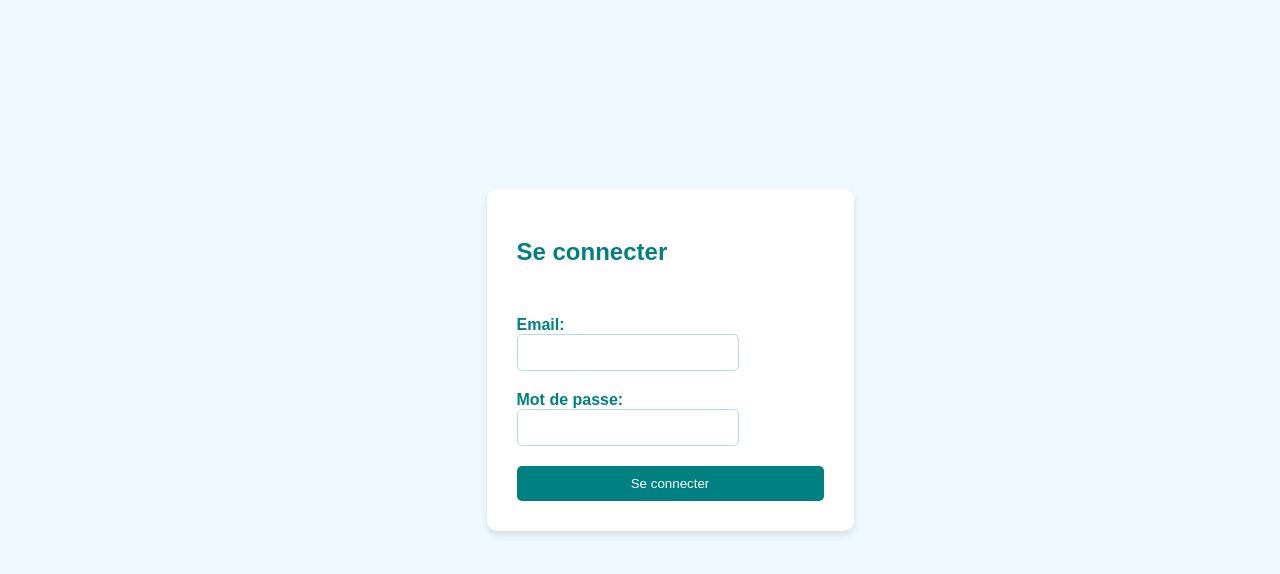
Repository: marwaouahouah1/OdysseyOfMemories
Page: / (app in frontend/)
The author's editor kept a copy of each file at every save. The page is drawn from the files as they stood at one save, then again after the next save.
The browser window is 1280 px wide. The pictures show the whole page.
The page's requests for data from a server got no answer. The project was rebuilt for these pictures with package versions that can differ from the ones it lists, and the page was loaded fresh each time. No one was signed in, and anything a server would have sent is missing. Also part of the build but not shown: frontend/src/User/SignUp/SignUpUser.js, frontend/src/User/Profile/Profile.js.

Above is the page before, as saved 2023-04-02 10:23:59.

### frontend/public/index.html
<!DOCTYPE html>
<html lang="en">
  <head>
    <meta charset="utf-8" />
    <link rel="icon" href="%PUBLIC_URL%/favicon.ico" />
    <meta name="viewport" content="width=device-width, initial-scale=1" />
    <meta name="theme-color" content="#000000" />
    <meta
      name="description"
      content="Web site created using create-react-app"
    />
    <link rel="apple-touch-icon" href="%PUBLIC_URL%/logo192.png" />
    <!--
      manifest.json provides metadata used when your web app is installed on a
      user's mobile device or desktop. See https://developers.google.com/web/fundamentals/web-app-manifest/
    -->
    <link rel="manifest" href="%PUBLIC_URL%/manifest.json" />
    <!--
      Notice the use of %PUBLIC_URL% in the tags above.
      It will be replaced with the URL of the `public` folder during the build.
      Only files inside the `public` folder can be referenced from the HTML.

      Unlike "/favicon.ico" or "favicon.ico", "%PUBLIC_URL%/favicon.ico" will
      work correctly both with client-side routing and a non-root public URL.
      Learn how to configure a non-root public URL by running `npm run build`.
    -->
    <title>Odyssey of Memories</title>
  </head>
  <body>
    <noscript>You need to enable JavaScript to run this app.</noscript>
    <div id="root"></div>
    <!--
      This HTML file is a template.
      If you open it directly in the browser, you will see an empty page.

      You can add webfonts, meta tags, or analytics to this file.
      The build step will place the bundled scripts into the <body> tag.

      To begin the development, run `npm start` or `yarn start`.
      To create a production bundle, use `npm run build` or `yarn build`.
    -->
  </body>
</html>

### frontend/src/index.js
import React from 'react';
import ReactDOM from 'react-dom/client';
import App from './App';
import reportWebVitals from './reportWebVitals';
import SignUpUser from '../src/User/SignUp/SignUpUser';
import Login from '../src/User/Connexion/Login';
import Profile from '../src/User/Profile/Profile'
import { BrowserRouter, Routes, Route } from "react-router-dom";

const root = ReactDOM.createRoot(document.getElementById('root'));
root.render(
  <React.StrictMode>
    <BrowserRouter>
       <Routes>
        <Route path="/" element={<App/>} />
        <Route path="/SignUpUser" element={<SignUpUser/>}/>
        <Route path="/Login" element={<Login/>}/>
        <Route path="/Profile" element={<Profile/>}></Route>
      </Routes>
    </BrowserRouter>
  </React.StrictMode>
);

// If you want to start measuring performance in your app, pass a function
// to log results (for example: reportWebVitals(console.log))
// or send to an analytics endpoint. Learn more: https://bit.ly/CRA-vitals
reportWebVitals();

### frontend/src/App.js
import React, {useState,useEffect} from 'react';
import Login from './User/Connexion/Login'

function App(){
  const [data,setData] = useState([{}])

  useEffect(() => {
    fetch("/members").then(
      res => res.json()
    ).then(
      data => {
        setData(data);
        console.log("data");
      }
    )
  },[])

  return (
    <Login/>
  )
}

export default App;

### frontend/src/User/Connexion/Login.js
import React, { useState } from 'react';
import axios from 'axios';
import "../user.css"

const Login = () => {
  const [email, setEmail] = useState('');
  const [password, setPassword] = useState('');

  const handleSubmit = async (e) => {
    e.preventDefault();
    try {
      const response = await axios.post("http://localhost:5000/login", {
        email,
        password,
      });

      if (response.data.message === "Connexion réussie") {
        // Stocker le token d'accès dans le local storage
        localStorage.setItem("access_token", response.data.access_token);

        // Stocker les informations de l'utilisateur connecté et gérer l'authentification de l'utilisateur
        console.log(response.data);

        // Rediriger vers la page de profil
        window.location.replace('/Profile');
      } else {
        console.error("Erreur lors de la connexion", response.data.message);
      }
    } catch (error) {
      console.error("Erreur lors de la connexion", error);
    }
  };

  const fetchProtectedData = async () => {
    try {
      const access_token = localStorage.getItem('access_token');
      const response = await axios.get('http://localhost:5000/protected', {
        headers: {
          'Authorization': `Bearer ${access_token}`
        }
      });
      console.log(response.data);
    } catch (error) {
      console.error('Erreur lors de la récupération des données protégées', error);
    }
  };


  return (
    <div className="login-container">
      <h2>Se connecter</h2>
      <form onSubmit={handleSubmit}>
        <div>
          <label htmlFor="email">Email:</label>
          <input
            type="email"
            id="email"
            value={email}
            onChange={(e) => setEmail(e.target.value)}
            required
          />
        </div>
        <div>
          <label htmlFor="password">Mot de passe:</label>
          <input
            type="password"
            id="password"
            value={password}
            onChange={(e) => setPassword(e.target.value)}
            required
          />
        </div>
        <button type="submit">Se connecter</button>
      </form>
    </div>
  );
};

export default Login;

### frontend/src/User/user.css
body {
    background-color: #f0f8ff;
    margin: 0;
    display: flex;
    justify-content: center;
    align-items: center;
    height: 100vh;
    font-family: Arial, sans-serif;
  }


.signup-container {
    width: 100%;
    max-width: 400px;
    background-color: #ffffff;
    padding: 30px;
    border-radius: 10px;
    box-shadow: 0 4px 6px rgba(0, 0, 0, 0.1);
  }


  h2 {
    color: #008080;
  }

  form {
    display: flex;
    flex-direction:column;
    margin-top: 50px;
    justify-content: center;
  }

  form span {
    margin-bottom: 20px;
    margin-left: 30px;
  }
  form input {
    width: 200px;
    margin-right: 25px;
  }

  label {
    color: #008080;
    font-weight: bold;
    display: flex;
    align-items: center;
    justify-content: space-between;
  }

  input {
    padding: 10px;
    border: 1px solid #b0e0e6;
    border-radius: 5px;
    margin-bottom: 20px;
  }

  button {
    background-color: #008080;
    color: white;
    border: none;
    border-radius: 5px;
    padding: 10px;
    cursor: pointer;
    transition: all 0.3s ease-in-out;
  }

  button:hover {
    background-color: #006666;
  }


  /*Partie Login*/
  .login-container {
    width: 100%;
    max-width: 400px;
    background-color: #ffffff;
    padding: 30px;
    border-radius: 10px;
    box-shadow: 0 4px 6px rgba(0, 0, 0, 0.1);
  }

Loaded but not shown: frontend/src/reportWebVitals.js (common file)

After the next save:
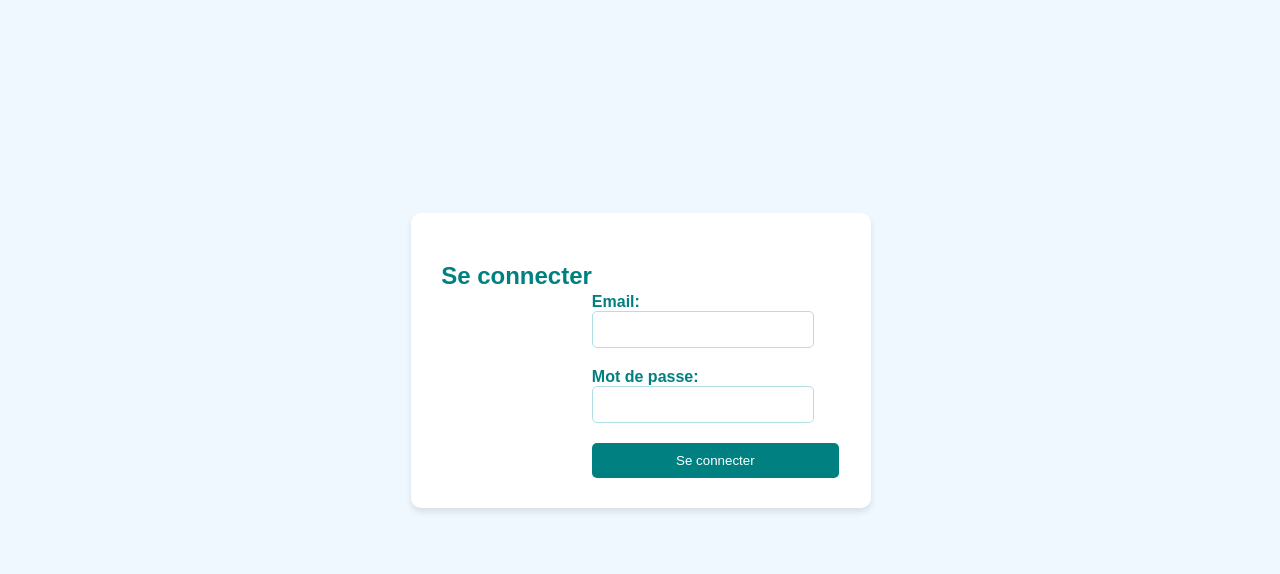
Saved 50 s later.
--- a/frontend/src/User/user.css
+++ b/frontend/src/User/user.css
@@ -77,4 +77,6 @@ body {
     padding: 30px;
     border-radius: 10px;
     box-shadow: 0 4px 6px rgba(0, 0, 0, 0.1);
+    display: flex;
+    ali
   }
